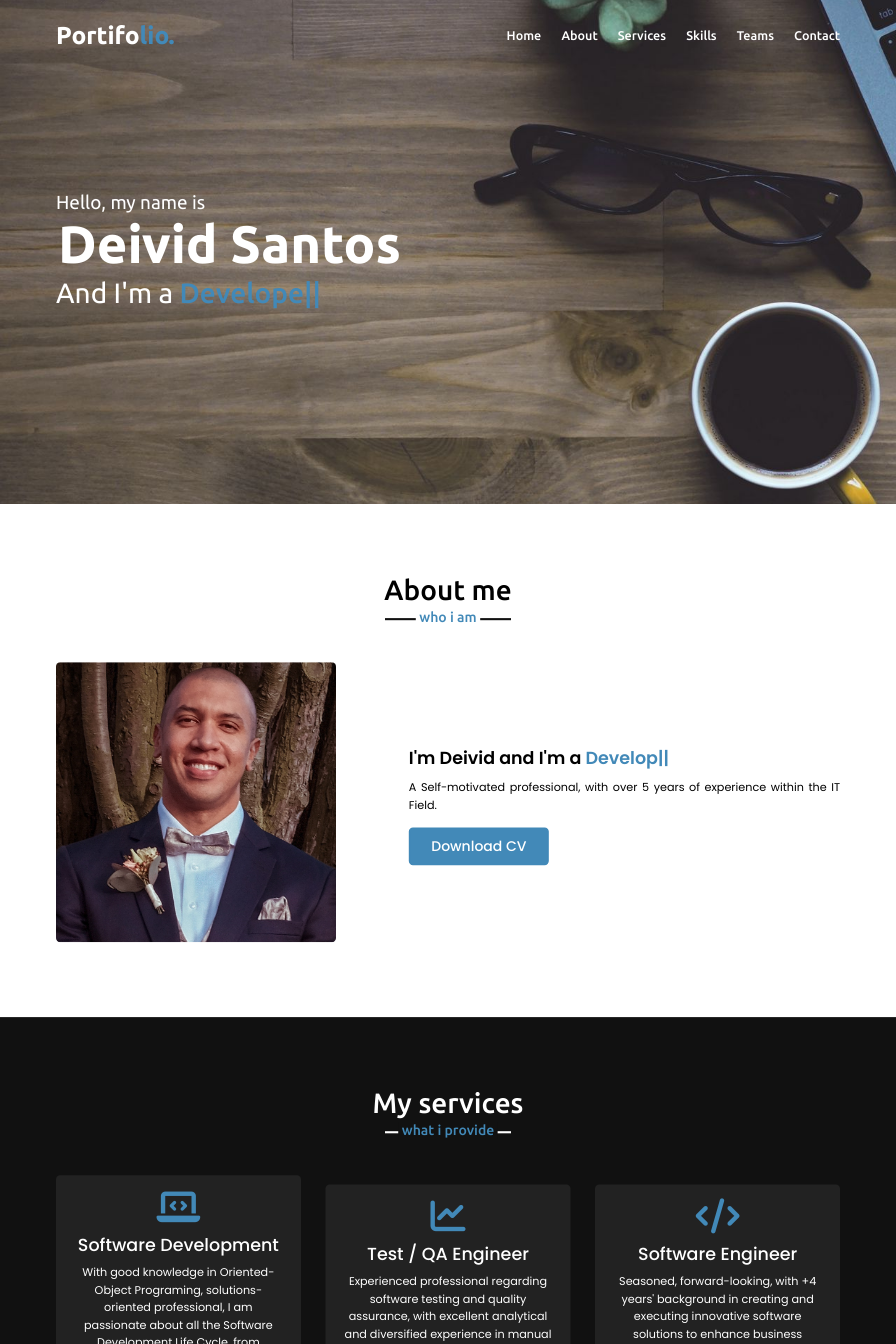
Repository: deividwsantoss/portfolio
Page: index.html
An editor plug-in stored every save of this project. The page is shown before and after the next save, followed by the edit.
The browser window is 1280 px wide. The pictures show the part of the page from y = 0 to 1920 px (the page is 4136 px tall), at 70% of full size.
Some web libraries are served in a nearby version.

Above is the page before, as saved 2021-03-02 10:06:47.

### index.html
<!DOCTYPE html>
<html lang="en">
    <head>
        <meta charset="UTF-8">
        <meta name="viewport" content="width=device-width, initial-scale=1.0">
       <title>Deivid Santos Portfolio</title>
        <link rel="stylesheet" href="/Content/style.css">
        <script src="https://kit.fontawesome.com/a076d05399.js"></script>
        <script  src="https://code.jquery.com/jquery-3.5.1.min.js"></script>
        <script src="https://cdnjs.cloudflare.com/ajax/libs/typed.js/2.0.11/typed.min.js"></script>
        <script src="https://cdnjs.cloudflare.com/ajax/libs/waypoints/4.0.1/jquery.waypoints.min.js"></script>
        <script src="https://cdnjs.cloudflare.com/ajax/libs/OwlCarousel2/2.3.4/owl.carousel.min.js"></script>
        <link rel="stylesheet" href="https://cdnjs.cloudflare.com/ajax/libs/OwlCarousel2/2.3.4/assets/owl.carousel.min.css"/>
    </head>
<body>
    <nav class="navbar">
        <div class="max-width">
            <div class="logo"><a href="#">Portifo<span>lio.</span></a></div>
            <ul class="menu">
                <li><a href="#home" class="menu-btn">Home</a></li>
                <li><a href="#about" class="menu-btn">About</a></li>
                <li><a href="#services" class="menu-btn">Services</a></li>
                <li><a href="#skills" class="menu-btn">Skills</a></li>
                <li><a href="#teams" class="menu-btn">Teams</a></li>
                <li><a href="#contact" class="menu-btn">Contact</a></li>
            </ul>
            <div class="menu-btn">
                <i class="fas fa-bars"></i>
            </div>
        </div>
    </nav>

    <!-- Home Section Start -->
    <section class="home" id="home">
        <div class="max-width">
            <div class="home-content">
                <div class="text-1">Hello, my name is </div>
                <div class="text-2">Deivid Santos</div>
                <div class="text-3">And I'm a  <span class="typing"></span></div>
            </div>
        </div>
    </section>
<!-- about section start -->
<section class="about" id="about">
    <div class="max-width">
        <h2 class="title">About me</h2>
        <div class="about-content">
            <div class="column left">
                <img src="images/profile-1.jpeg" alt="">
            </div>
            <div class="column right">
                <div class="text">I'm Deivid and I'm a <span class="typing-2"></span></div>
                <p>A Self-motivated professional, with over 5 years of experience within the IT Field.    </p>
                <a href="/docs/DEIVIDRODRIGUES_RESUME.pdf">Download CV</a>
            </div>
        </div>
    </div>
</section>
  <!-- services section start -->
  <section class="services" id="services">
    <div class="max-width">
        <h2 class="title">My services</h2>
        <div class="serv-content">
            <div class="card">
                <div class="box">
                    <i class="fas fa-laptop-code"></i>
                    <div class="text">Software Development</div>
                    <p>With good knowledge in Oriented-Object Programing, solutions-oriented professional, I am passionate about all the Software Development Life Cycle, from extensive analysis and design though execution and maintenance. </p>
                </div>
            </div>
            <div class="card">
                <div class="box">
                    <i class="fas fa-chart-line"></i>
                    <div class="text">Test / QA Engineer</div>
                    <p>Experienced professional regarding software testing and quality assurance, with excellent analytical and diversified experience in manual and automated testing of web-based and client/server application.               &nbsp</p>
                </div>
            </div>
            <div class="card">
                <div class="box">
                    <i class="fas fa-code"></i>
                    <div class="text">Software Engineer</div>
                    <p>Seasoned, forward-looking, with +4 years' background in creating and executing innovative software solutions to enhance business productivity. Able to work in a fast-paced, deadline-driven environment.</p>
                </div>
            </div>
           </div>
        </div>
    </div>
</section>

<!-- skills section start -->
<section class="skills" id="skills">
    <div class="max-width">
        <h2 class="title">My skills</h2>
        <div class="skills-content">
            <div class="column left">
                <div class="text">My creative skills & experiences.</div>
                <p>Lorem ipsum dolor sit amet consectetur adipisicing elit. Dignissimos, ratione error est recusandae consequatur, iusto illum deleniti quidem impedit, quos quaerat quis minima sequi. Cupiditate recusandae laudantium esse, harum animi aspernatur quisquam et delectus ipsum quam alias quaerat? Quasi hic quidem illum. Ad delectus natus aut hic explicabo minus quod.</p>
                <a href="#">Read more</a>
            </div>
            <div class="column right">
                <div class="bars">
                    <div class="info">
                        <span>Oriented-Programming</span>
                        <span>90%</span>
                    </div>
                    <div class="line html"></div>
                </div>
                <div class="bars">
                    <div class="info">
                        <span>Front-end</span>
                        <span>60%</span>
                    </div>
                    <div class="line css"></div>
                </div>
                <div class="bars">
                    <div class="info">
                        <span>Back-end</span>
                        <span>80%</span>
                    </div>
                    <div class="line js"></div>
                </div>
                <div class="bars">
                    <div class="info">
                        <span>Agile Methodologies</span>
                        <span>50%</span>
                    </div>
                    <div class="line php"></div>
                </div>
                <div class="bars">
                    <div class="info">
                        <span>Databases (SQL / NoSQL)</span>
                        <span>70%</span>
                    </div>
                    <div class="line mysql"></div>
                </div>
            </div>
        </div>
    </div>
</section>

<!-- speaking section start -->
<section class="teams" id="teams">
    <div class="max-width">
        <h2 class="title">My Languages</h2>
        <div class="carousel owl-carousel">
            <div class="card">
                <div class="box">
                    <img src="images/brazil.jpg" alt="">
                    <div class="text">Portuguese - Mother Language</div>
                    <p>I am Originally from Rio de Janeiro - Brazil and built-in with Portuguese language.                                               </p>
                </div>
            </div>
            <div class="card">
                <div class="box">
                    <img src="images/usa.png" alt="">
                    <div class="text">English - Fluent</div>
                    <p>A few years studying english and the opportunity of living in the USA and Canada had turn my english to a fluent level.   </p>
                </div>
            </div>
            <div class="card">
                <div class="box">
                    <img src="images/depositphotos_5100716-stock-illustration-spain-flag-icon.jpg" alt="">
                    <div class="text">Spanish - Basic</div>
                    <p>Learned in high-school only, however, since Portuguese is quite similar I am able to understand it quite well.                       </p>
                </div>
            </div>
            <div class="card">
                <div class="box">
                    <img src="images/germany.jpg" alt="">
                    <div class="text">German - Basic</div>
                    <p>Studied the basics in a Deutsche-School, however, I am still learning and practicing the language in a daily-basis.                 </div>
            </div>
            <div class="card">
                <div class="box">
                    <img src="images/switzerland.jpg" alt="">
                    <div class="text">Swiss-German</div>
                    <p>Since I am currently living in Luzern-Switzerland and married to a Swiss woman, I am able to hear a lot more of language. </p>
                </div>
            </div>
        </div>
    </div>
</section>

<!-- contact section start -->
<section class="contact" id="contact">
    <div class="max-width">
        <h2 class="title">Contact me</h2>
        <div class="contact-content">
            <div class="column left">
                <div class="text">Get in Touch</div>
                <p>Lorem, ipsum dolor sit amet consectetur adipisicing elit. Dignissimos harum corporis fuga corrupti. Doloribus quis soluta nesciunt veritatis vitae nobis?</p>
                <div class="icons">
                    <div class="row">
                        <i class="fas fa-user"></i>
                        <div class="info">
                            <div class="head">Name</div>
                            <div class="sub-title">Deivid Santos</div>
                        </div>
                    </div>
                    <div class="row">
                        <i class="fas fa-map-marker-alt"></i>
                        <div class="info">
                            <div class="head">Address</div>
                            <div class="sub-title">Luzern, Switzerland</div>
                        </div>
                    </div>
                    <div class="row">
                        <i class="fas fa-envelope"></i>
                        <div class="info">
                            <div class="head">Email</div>
                            <div class="sub-title">deivid.w.santos@gmail.com</div>
                        </div>
                    </div>
                </div>
            </div>
            <div class="column right">
                <div class="text">Message me</div>
                <form action="#">
                    <div class="fields">
                        <div class="field name">
                            <input type="text" placeholder="Name" required>
                        </div>
                        <div class="field email">
                            <input type="email" placeholder="Email" required>
                        </div>
                    </div>
                    <div class="field">
                        <input type="text" placeholder="Subject" required>
                    </div>
                    <div class="field textarea">
                        <textarea cols="30" rows="10" placeholder="Message.." required></textarea>
                    </div>
                    <div class="button">
                        <button type="submit">Send message</button>
                    </div>
                </form>
            </div>
        </div>
    </div>
</section>

<!-- footer section start -->
<footer>
    <span>Created By Deivid Santos | <span class="far fa-copyright"></span> 2021 All rights reserved.</span>
</footer>

<script src="script.js"></script>
</body>
</html>
    <script src="/Scripts/script.js" type="text/javascript"></script>
</body>
</html>

Loaded but not shown: Scripts/script.js (72 lines, source omitted); Content/style.css (673 lines, source omitted)

After the next save:
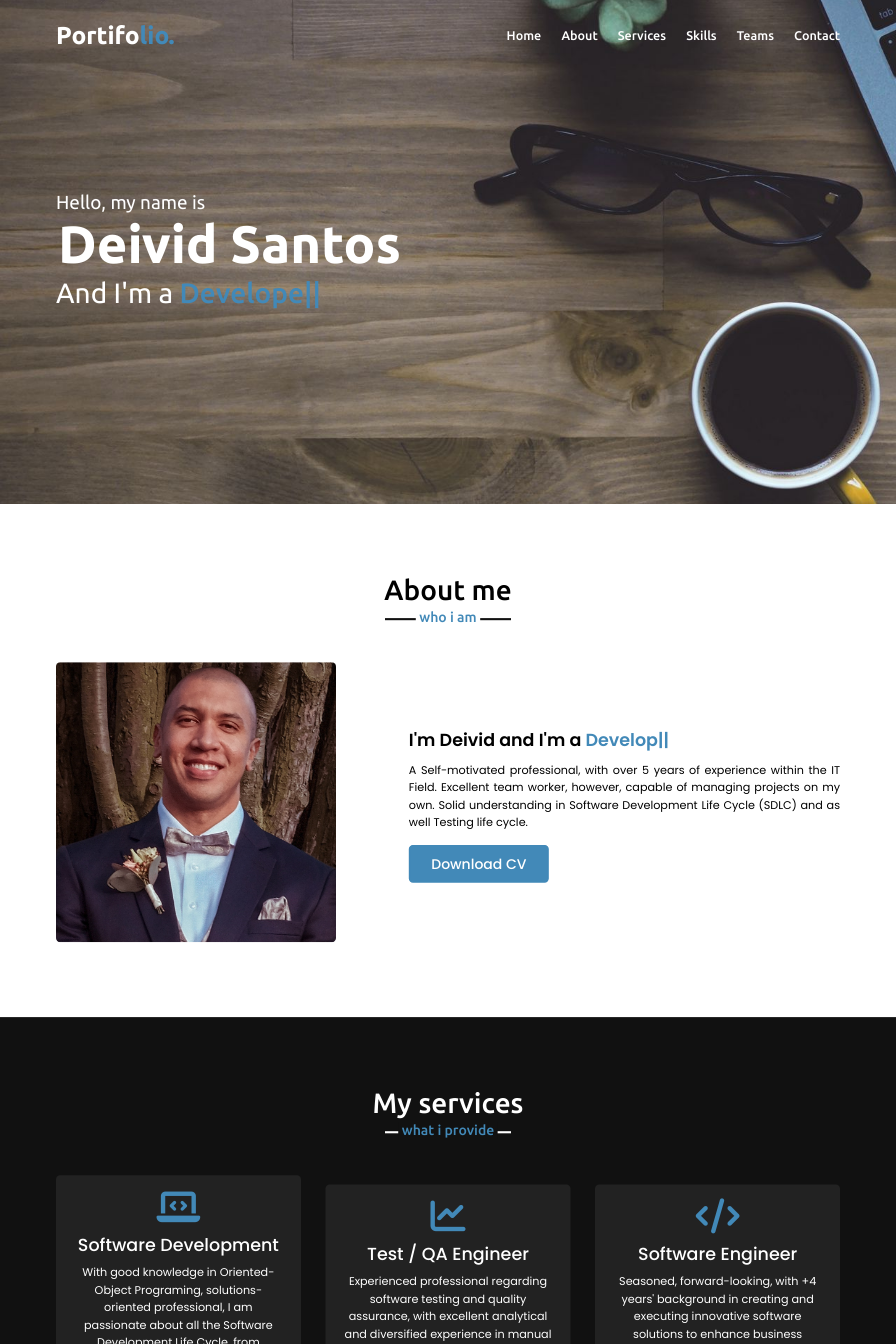
Saved 4 min 30 s later.
--- a/index.html
+++ b/index.html
@@ -50,7 +50,7 @@
             </div>
             <div class="column right">
                 <div class="text">I'm Deivid and I'm a <span class="typing-2"></span></div>
-                <p>A Self-motivated professional, with over 5 years of experience within the IT Field.    </p>
+                <p>A Self-motivated professional, with over 5 years of experience within the IT Field. Excellent team worker, however, capable of managing projects on my own. Solid understanding in Software Development Life Cycle (SDLC) and as well Testing life cycle.     </p>
                 <a href="/docs/DEIVIDRODRIGUES_RESUME.pdf">Download CV</a>
             </div>
         </div>
